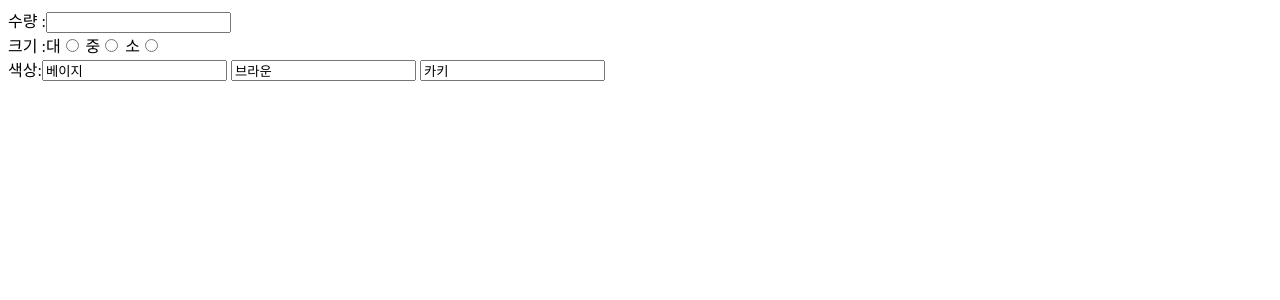
Repository: chanhooop/JSP
Page: http://localhost/NewJSP/cart_01.jsp
These files come from the project's save history. The page is drawn as it stood at one moment and after the next save; the edit follows.
The browser window is 1280 px wide. The pictures show the whole page.
The page is served by Tomcat 9.

Above is the page before, as saved 2021-05-07 03:50:14.

### NewJSP/src/main/webapp/cart_01.jsp
<%@ page language="java" contentType="text/html; charset=UTF-8"
    pageEncoding="UTF-8"%>
<!DOCTYPE html>
<html>
<head>
<meta charset="UTF-8">
<title>Insert title here</title>
</head>
<body>

	<form action="cart_02.jsp" method="post">
		수량 :<input type="text" name="count"> <br>
		크기 :대<input type="radio" name="size" value="대">
		중<input type="radio" name="size" value="중">
		소<input type="radio" name="size" value="소"> <br>
		색상:<input type="select" name="color" value="베이지" checked="checked" >
		<input type="select" name="color" value="브라운" checked="checked" >
		<input type="select" name="color" value="카키" checked="checked" >

	</form>

</body>
</html>

After the next save:
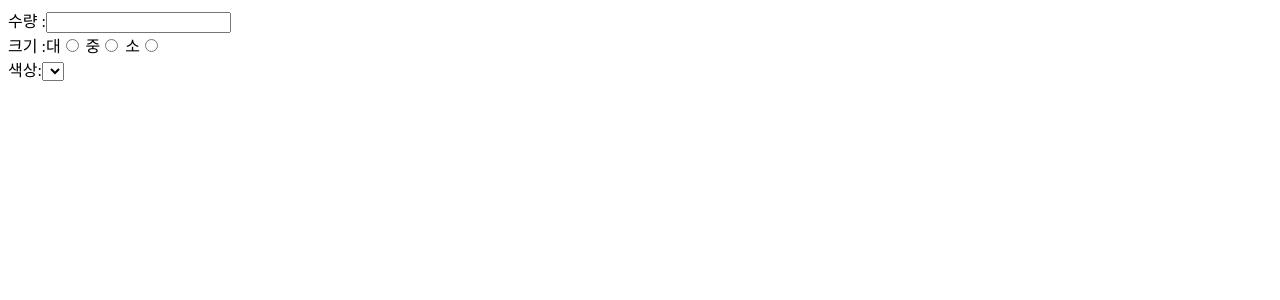
Saved 16 min 0 s later.
--- a/NewJSP/src/main/webapp/cart_01.jsp
+++ b/NewJSP/src/main/webapp/cart_01.jsp
@@ -13,9 +13,11 @@
 		크기 :대<input type="radio" name="size" value="대">
 		중<input type="radio" name="size" value="중">
 		소<input type="radio" name="size" value="소"> <br>
-		색상:<input type="select" name="color" value="베이지" checked="checked" >
-		<input type="select" name="color" value="브라운" checked="checked" >
-		<input type="select" name="color" value="카키" checked="checked" >
+		색상:<select name="color">
+			<option value="베이지"></option>
+			<option value="브라운"></option>
+			<option value="블랙"></option>
+
 
 	</form>
 
